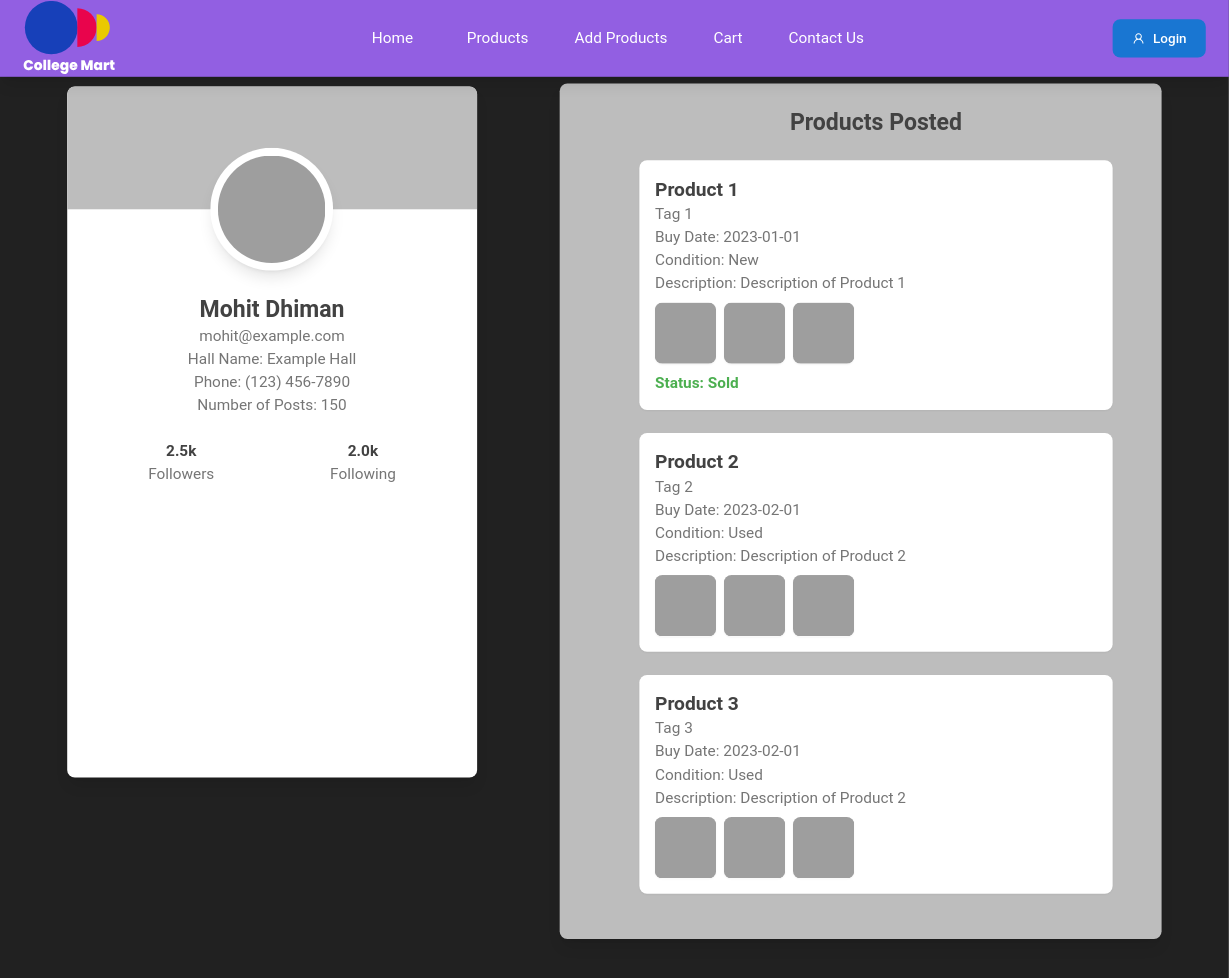
Repository: kumar1397/College-Mart
Page: /home/profile
These files come from the project's save history. The page is drawn as it stood at one moment and after the next save; the edit follows.
The browser window is 1280 px wide. The pictures show the whole page, at 96% of full size.
Pictures or frames that could not be fetched are drawn as grey boxes. Some web fonts or font styles are not loaded; a fallback is used. Some web libraries are served in a nearby version. The project was rebuilt for these pictures with package versions that can differ from the ones it lists, and the page was loaded fresh each time. Also part of the build but not shown: src/components/forgetPassword/forgetpassword.jsx, src/components/Auth.js, src/components/hero/Heronavbar.jsx, src/components/hero/footer.jsx, src/components/hero/Carousel.jsx, src/components/hero/Hero.jsx, src/components/new-home-page/header.jsx, src/components/new-home-page/footer_cont.jsx and 12 more.

Above is the page before, as saved 2024-07-15 16:19:57.

### public/index.html
<!DOCTYPE html>
<html lang="en">
  <head>
    <meta charset="utf-8" />
    <!-- <link rel="icon" href="%PUBLIC_URL%/favicon.ico" /> -->
    <meta name="viewport" content="width=device-width, initial-scale=1" />
    <meta name="theme-color" content="#000000" />

    <meta
      name="description"
      content="Web site created using create-react-app"
    />
    <link rel="preconnect" href="https://fonts.googleapis.com" />
    <link rel="preconnect" href="https://fonts.gstatic.com" crossorigin />
    <link
      href="https://fonts.googleapis.com/css2?family=Playwrite+GB+S:ital,wght@0,100..400;1,100..400&display=swap"
      rel="stylesheet"
    />
    <link rel="preconnect" href="https://fonts.googleapis.com" />
    <link rel="preconnect" href="https://fonts.gstatic.com" crossorigin />
    <link
      href="https://fonts.googleapis.com/css2?family=Archivo:ital,wght@0,100..900;1,100..900&family=Exo+2:ital,wght@0,600;1,600&display=swap"
      rel="stylesheet"
    />
    <link rel="preconnect" href="https://fonts.googleapis.com" />
    <link rel="preconnect" href="https://fonts.gstatic.com" crossorigin />
    <link
      href="https://fonts.googleapis.com/css2?family=Archivo:ital,wght@0,100..900;1,100..900&family=Exo+2:ital,wght@0,600;1,600&family=Montserrat+Alternates:ital,wght@0,100;0,200;0,300;0,400;0,500;0,600;0,700;0,800;0,900;1,100;1,200;1,300;1,400;1,500;1,600;1,700;1,800;1,900&display=swap"
      rel="stylesheet"
    />
    <link
      rel="stylesheet"
      type="text/css"
      charset="UTF-8"
      href="https://cdnjs.cloudflare.com/ajax/libs/slick-carousel/1.6.0/slick.min.css"
    />
    <link
      rel="stylesheet"
      type="text/css"
      href="https://cdnjs.cloudflare.com/ajax/libs/slick-carousel/1.6.0/slick-theme.min.css"
    />
    <!-- <link rel="apple-touch-icon" href="%PUBLIC_URL%/logo192.png" /> -->
    <!-- <link rel="manifest" href="%PUBLIC_URL%/manifest.json" /> -->
    <title>College Mart</title>
  </head>

  <body>
    <noscript>You need to enable JavaScript to run this app.</noscript>
    <div id="root"></div>
  </body>
</html>

### src/index.js
import React from 'react';
import ReactDOM from 'react-dom/client';
import './index.css';
import App from './App';
import reportWebVitals from './reportWebVitals';
// import { BrowserRouter } from 'react-router-dom';

import { ThemeProvider } from "@material-tailwind/react";

const root = ReactDOM.createRoot(document.getElementById('root'));
root.render(

    <React.StrictMode>
      <ThemeProvider>
      <App />
      </ThemeProvider>
    </React.StrictMode>

);

// If you want to start measuring performance in your app, pass a function
// to log results (for example: reportWebVitals(console.log))
// or send to an analytics endpoint. Learn more: https://bit.ly/CRA-vitals
reportWebVitals();

### src/index.css
@tailwind base;
@tailwind components;
@tailwind utilities;


.bgblackAuth {
  background: url('/public/Frame2.svg');
}

.bgcolorAuth {
  background: url('/public/colorbg.svg ')
}

.hnavbg {
  background: url('/public/hnavbg.svg');
  background-size: 100%;
}

.herohomebg {
  background: url('/public/homebg.svg') no-repeat;
  background-size: 100%;
}

@import url('https://fonts.googleapis.com/css2?family=Roboto:wght@400;500;700&display=swap');


.playwrite {
  font-family: "Playwrite GB S", cursive;
  font-optical-sizing: auto;
  font-weight: 400;
  font-style: normal;
}

.exo {
  font-family: "Exo 2", sans-serif;
  font-optical-sizing: auto;
  font-weight: 600;
  font-style: normal;
}

.mont {
  font-family: "Montserrat Alternates", sans-serif;
  font-weight: 300;
  font-style: normal;
}

### src/App.js
import Auth from "./components/Auth";
import Hero from "./components/hero/Hero";
import Home02 from "./components/new-home-page/parent";
import { AuthProvider } from "./contexts/AuthContext";
import ContactUs from "./components/contact-us/contact";
import { Route, Routes, BrowserRouter as Router } from "react-router-dom";
import ProductFormCard from "./components/product/newProduct";
import Profile from "./components/profile/profile";
import ResetPassword from "./components/forgetPassword/resetpassword";
import ForgotPassword from "./components/forgetPassword/forgetpassword";

function App() {
  return (
    <div>
      <Router>
        <AuthProvider>
          <Routes>
            <Route exact path="/" element={<Hero />} />
            <Route path="/auth" element={<Auth />} />
            <Route path="/home" element={<Home02 />} />
            <Route path="/home/profile" element={<Profile />} />
            <Route path="/home/form" element={<ProductFormCard />} />
            <Route path="/contactus" element={<ContactUs />} />
            <Route path="/forgot_password" element={<ForgotPassword/>} />
            <Route path="/reset/:token" element={< ResetPassword/>} />
          </Routes>
        </AuthProvider>
      </Router>
    </div>
  );
}

export default App;

### src/contexts/AuthContext.js
import React, { createContext, useState, useEffect } from "react";
import { useNavigate } from "react-router-dom";

const AuthContext = createContext();

export const AuthProvider = ({ children }) => {
  const [user, setUser] = useState(null);
  const navigate = useNavigate();

  useEffect(() => {
    const token = localStorage.getItem("token");
    const storedUser = JSON.parse(localStorage.getItem("user"));

    if (token && storedUser) {
      setUser(storedUser);
    } else {
      // navigate("");
    }
  }, [navigate]);

  const login = (userData, token) => {
    localStorage.setItem("token", token);
    localStorage.setItem("user", JSON.stringify(userData));
    setUser(userData);
    navigate("/home");
  };

  const logout = () => {
    localStorage.removeItem("token");
    localStorage.removeItem("user");
    setUser(null);
    navigate("/auth");
  };

  return (
    <AuthContext.Provider value={{ user, login, logout }}>
      {children}
    </AuthContext.Provider>
  );
};

export default AuthContext;

### src/components/profile/profile.jsx
import React from "react";
import ProductComponent  from "./UserProfile";
import { FontAwesomeIcon } from '@fortawesome/react-fontawesome';
import { faPhone, faEnvelope } from '@fortawesome/free-solid-svg-icons';
import Navbar from "../new-home-page/navbar";
const products = [
    {
        id: 1,
        name: "Product 1",
        tag: "Tag 1",
        buyDate: "2023-01-01",
        condition: "New",
        description: "Description of Product 1",
        images: ["/logo192.png", "/shoes01.webp","/ycle.webp"]
    },
    {
        id: 2,
        name: "Product 2",
        tag: "Tag 2",
        buyDate: "2023-02-01",
        condition: "Used",
        description: "Description of Product 2",
        images: ["/logo192.png", "/shoes01.webp","/ycle.webp"]
    },
    {
        id: 3,
        name: "Product 3",
        tag: "Tag 3",
        buyDate: "2023-02-01",
        condition: "Used",
        description: "Description of Product 2",
        images: ["/logo192.png", "/shoes01.webp","/ycle.webp"]
    }

];
export default function Profile() {
    return (
        <>
            <Navbar />
            <div className="bg-gray-900 min-h-screen flex">
                <div className="container mx-auto my-16 flex">
                    <div className="lg:w-1/3 bg-white rounded-lg shadow-lg overflow-hidden h-full fixed " style={{ marginRight: "65%", marginTop: "2%", marginBottom: "2%"}}>
                        <div className="h-32 bg-gray-400"></div>
                        <div className="flex justify-center -mt-16">
                            <img className="h-32 w-32 bg-white p-2 rounded-full shadow-lg" src="https://images.unsplash.com/photo-1535713875002-d1d0cf377fde?ixid=MnwxMjA3fDB8MHxwaG90by1wYWdlfHx8fGVufDB8fHx8&ixlib=rb-1.2.1&auto=format&fit=crop&w=2000&q=80" alt="Profile" />
                        </div>
                        <div className="p-6 text-center">
                            <h2 className="text-2xl font-semibold text-gray-800">Mohit Dhiman</h2>
                            <p className="text-gray-600">mohit@example.com</p>
                            <p className="text-gray-600">Hall Name: Example Hall</p>
                            <p className="text-gray-600">Phone: (123) 456-7890</p>
                            <p className="text-gray-600">Number of Posts: 150</p>
                            <div className="mt-6 flex justify-around">
                                <div className="text-center">
                                    <p className="font-semibold text-gray-800">2.5k</p>
                                    <p className="text-gray-600">Followers</p>
                                </div>
                                <div className="text-center">
                                    <p className="font-semibold text-gray-800">2.0k</p>
                                    <p className="text-gray-600">Following</p>
                                </div>
                            </div>
                        </div>
                    </div>

                    <div className="lg:ml-1/3 w-full bg-gray-400 rounded-lg shadow-lg overflow-y-auto h-full pl-8" style={{ marginLeft: "45%" , marginTop: "2%"}}>
                        <div className="p-6">
                            <h2 className="text-2xl font-semibold text-gray-800 text-center">Products Posted</h2>
                            <div className="mt-6 space-y-6">
                                {products.map((product, index) => (
                                    <div key={product.id} className="p-4 bg-white rounded-lg shadow-sm mx-auto" style={{ width: "90%" }}>
                                        <h3 className="text-xl font-bold text-gray-800">{product.name}</h3>
                                        <p className="text-gray-600">{product.tag}</p>
                                        <p className="text-gray-600">Buy Date: {product.buyDate}</p>
                                        <p className="text-gray-600">Condition: {product.condition}</p>
                                        <p className="text-gray-600">Description: {product.description}</p>
                                        <div className="mt-2 flex space-x-2">
                                            {product.images.map((image, imgIndex) => (
                                                <img key={imgIndex} src={image} alt={`Product ${product.id}`} className="w-16 h-16 rounded-lg shadow-sm" />
                                            ))}
                                        </div>
                                        {index === 0 && <p className="mt-2 text-green-500 font-semibold">Status: Sold</p>}
                                    </div>
                                ))}
                            </div>
                        </div>
                    </div>
                </div>
            </div>
        </>


    )
}

### src/components/new-home-page/navbar.jsx
import React, { useState, useContext } from "react";
import { Link } from "react-router-dom";
import {
  AiOutlineClose,
  AiOutlineMenu,
  AiOutlineUser,
  AiOutlineLogout,
} from "react-icons/ai";
import AuthContext from "../../contexts/AuthContext";
import Logo from "./logo.svg"
const Navbar = () => {
  const { user, logout } = useContext(AuthContext);
  const [nav, setNav] = useState(false);
  const [isDropdownOpen, setIsDropdownOpen] = useState(false);

  const navItems = [
    { id: 1, text: "Home", path: "/" },
    { id: 2, text: "Products", path: "/products" },
    { id: 3, text: "Add Products", path: "/add-products" },
    { id: 4, text: "Cart", path: "/cart" },
    { id: 4, text: "Contact Us", path: "/contactus" },
  ];

  const handleNav = () => setNav(!nav);
  const toggleDropdown = () => setIsDropdownOpen(!isDropdownOpen);

  return (
    <div className="bg-[#925FE2] shadow-lg flex justify-between z-20 items-center h-20 w-full px-6 text-white fixed">
      <div className="flex items-center space-x-2">
        <div className=" w-24 max-w-24"><img src={Logo} alt="" /></div>
      </div>

      <ul className="hidden md:flex space-x-4">
        {navItems.map((item) => (
          <li
            key={item.id}
            className="p-4 hover:bg-white rounded-xl m-2 cursor-pointer duration-300 hover:text-black"
          >
            <Link to={item.path}>{item.text}</Link>
          </li>
        ))}
      </ul>

      <div className="block md:hidden" onClick={handleNav}>
        {nav ? <AiOutlineClose size={20} /> : <AiOutlineMenu size={20} />}
      </div>

      <ul
        className={`fixed top-0 left-0 w-[60%] h-full border-r border-r-gray-900 bg-[#000300] ease-in-out duration-500 ${
          nav ? "left-0" : "left-[-100%]"
        } md:hidden`}
      >
        <h1 className="w-full text-3xl font-bold text-[#00df9a] m-4">REACT.</h1>
        {navItems.map((item) => (
          <li
            key={item.id}
            className="p-4 border-b rounded-xl hover:bg-[#00df9a] duration-300 hover:text-black cursor-pointer border-gray-600"
          >
            <Link to={item.path}>{item.text}</Link>
          </li>
        ))}
      </ul>

      <div className="relative flex items-center space-x-4">
        {user ? (
          <>
            <button
              id="dropdownDefaultButton"
              onClick={toggleDropdown}
              className="flex items-center text-white bg-blue-700 hover:bg-blue-800 focus:ring-4 focus:outline-none focus:ring-blue-300 font-medium rounded-lg text-sm px-5 py-2.5 dark:bg-blue-600 dark:hover:bg-blue-700 dark:focus:ring-blue-800"
              type="button"
            >
              <AiOutlineUser className="w-6 h-6 mr-2" />
              <span>{user.name}</span>
              <svg
                className="w-2.5 h-2.5 ml-2"
                aria-hidden="true"
                xmlns="http://www.w3.org/2000/svg"
                fill="none"
                viewBox="0 0 10 6"
              >
                <path
                  stroke="currentColor"
                  strokeLinecap="round"
                  strokeLinejoin="round"
                  strokeWidth="2"
                  d="m1 1 4 4 4-4"
                />
              </svg>
            </button>
            {isDropdownOpen && (
              <div
                id="dropdown"
                className="absolute top-full mt-2 z-10 bg-white divide-y divide-gray-100 w-44 rounded-lg shadow dark:bg-gray-700"
              >
                <ul className="py-2 text-sm text-gray-700 dark:text-gray-200">
                  <li>
                    <Link
                      to="/home/profile"
                      className=" px-4 py-2 hover:bg-gray-100 dark:hover:bg-gray-600 dark:hover:text-white w-full text-left flex items-center"
                    >
                      <AiOutlineUser className="mr-2" />
                      Profile
                    </Link>
                  </li>
                  <li>
                    <button
                      className=" px-4 py-2 hover:bg-gray-100 dark:hover:bg-gray-600 dark:hover:text-white w-full text-left flex items-center"
                      onClick={logout}
                    >
                      <AiOutlineLogout className="mr-2" />
                      Logout
                    </button>
                  </li>
                </ul>
              </div>
            )}
          </>
        ) : (
          <Link
            to="/login"
            className="flex items-center px-5 py-2.5 bg-blue-700 hover:bg-blue-800 focus:ring-4 focus:outline-none focus:ring-blue-300 text-sm font-medium rounded-lg dark:bg-blue-600 dark:hover:bg-blue-700 dark:focus:ring-blue-800"
          >
            <AiOutlineUser className="mr-2" />
            Login
          </Link>
        )}
      </div>
    </div>
  );
};

export default Navbar;

### tailwind.config.js
/** @type {import('tailwindcss').Config} */

// const withMT = require("@material-tailwind/react/utils/withMT");

// const config={
//   content: [
//     "./src/**/*.{js,jsx,ts,tsx}",
//   ],
//   theme: {
//     extend: {},
//   },
//   plugins: [],
// }

// module.exports = withMT(config);

const withMT = require("@material-tailwind/react/utils/withMT");

module.exports = withMT({
  content: ["./src/**/*.{js,jsx,ts,tsx}"],
  theme: {
    extend: {
      keyframes: {
        gradient: {
          '0%': { backgroundPosition: '0% 50%' },
          '50%': { backgroundPosition: '100% 50%' },
          '100%': { backgroundPosition: '0% 50%' },
        },
      },
      animation: {
        'gradient-bg': 'gradient 15s ease infinite',
      },
      backgroundImage: {
        'gradient-radial': 'radial-gradient(circle, var(--tw-gradient-stops))',
        'gradient-linear': 'linear-gradient(270deg, #ff9a9e, #fad0c4, #fad0c4, #ff9a9e)',
      },
    },
  },
  plugins: [],
});

Loaded but not shown: src/reportWebVitals.js (common file)

After the next save:
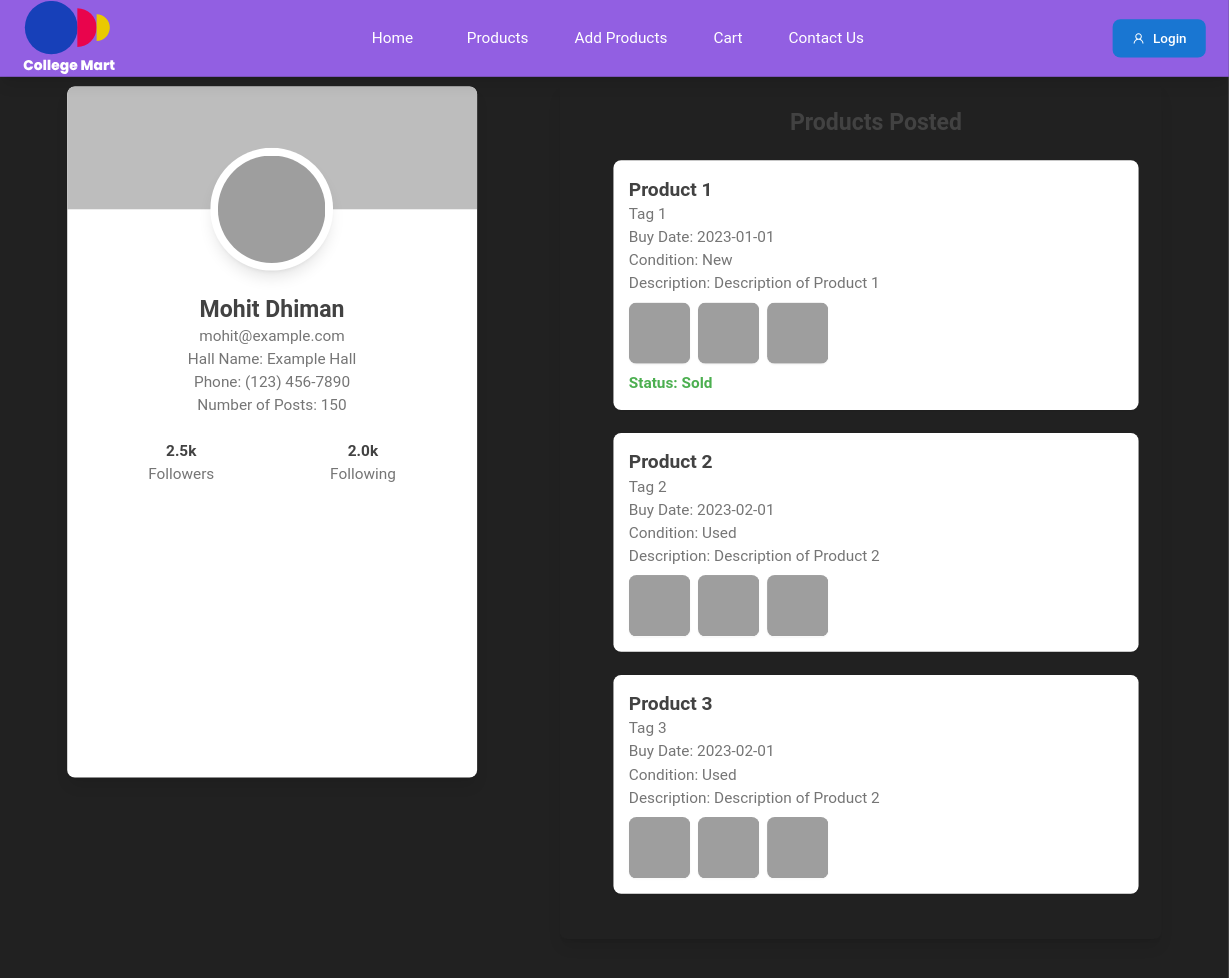
Saved 18 s later.
--- a/src/components/profile/profile.jsx
+++ b/src/components/profile/profile.jsx
@@ -63,12 +63,12 @@ export default function Profile() {
                         </div>
                     </div>
 
-                    <div className="lg:ml-1/3 w-full bg-gray-400 rounded-lg shadow-lg overflow-y-auto h-full pl-8" style={{ marginLeft: "45%" , marginTop: "2%"}}>
+                    <div className="lg:ml-1/3 w-full bg-gray-00 rounded-lg shadow-lg overflow-y-auto h-full pl-8" style={{ marginLeft: "45%" , marginTop: "2%"}}>
                         <div className="p-6">
                             <h2 className="text-2xl font-semibold text-gray-800 text-center">Products Posted</h2>
                             <div className="mt-6 space-y-6">
                                 {products.map((product, index) => (
-                                    <div key={product.id} className="p-4 bg-white rounded-lg shadow-sm mx-auto" style={{ width: "90%" }}>
+                                    <div key={product.id} className="p-4 bg-white rounded-lg shadow-sm">
                                         <h3 className="text-xl font-bold text-gray-800">{product.name}</h3>
                                         <p className="text-gray-600">{product.tag}</p>
                                         <p className="text-gray-600">Buy Date: {product.buyDate}</p>
